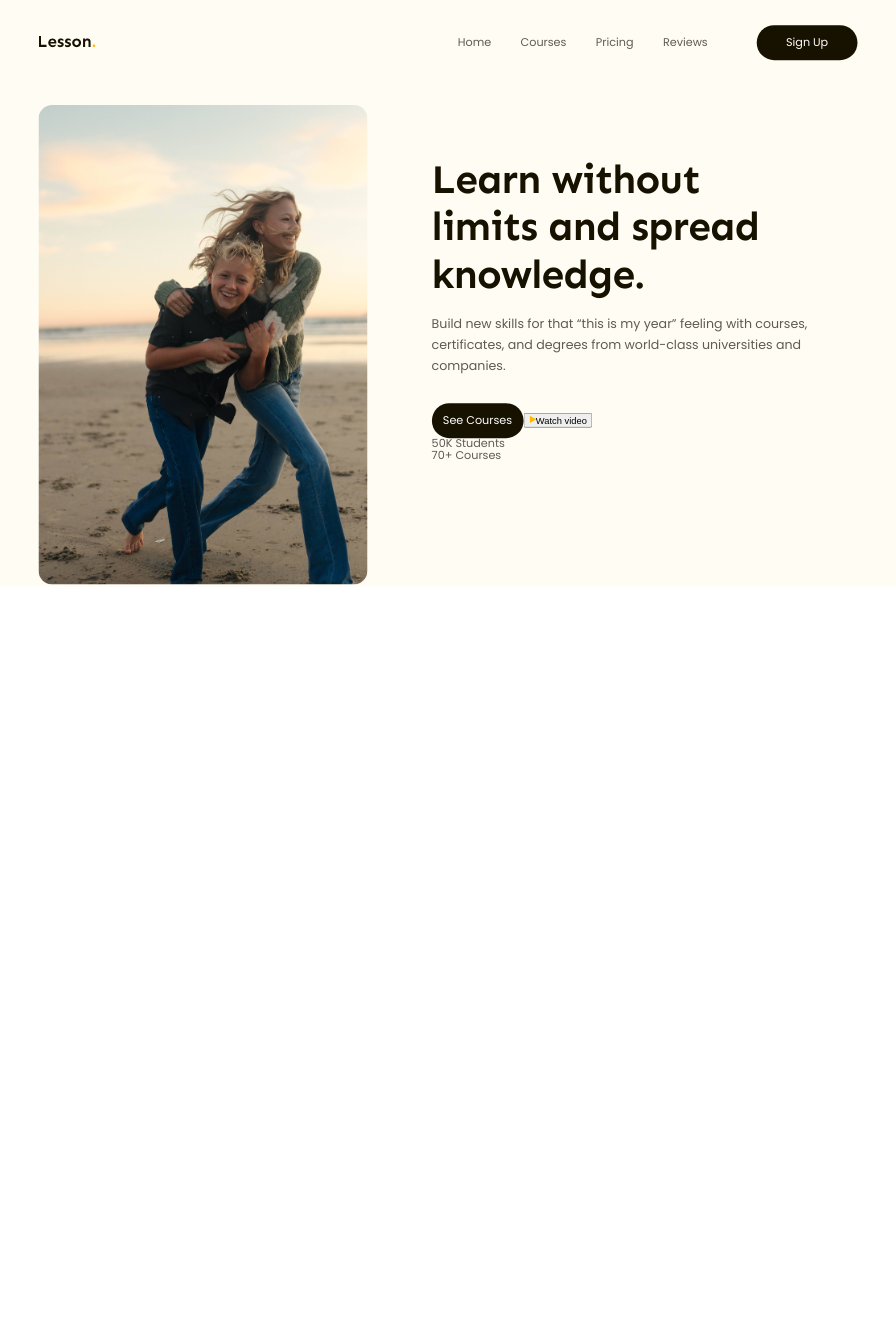
Repository: tinhtranjp/htmlcss-01
Page: index.html
The author's editor kept a copy of each file at every save. The page is drawn from the files as they stood at one save, then again after the next save.
The browser window is 1280 px wide. The pictures show the part of the page from y = 0 to 1920 px (the page is 5000 px tall), at 70% of full size.

Above is the page before, as saved 2023-01-20 05:22:09.

### index.html
<!DOCTYPE html>
<html lang="en">
  <head>
    <meta charset="UTF-8" />
    <meta http-equiv="X-UA-Compatible" content="IE=edge" />
    <meta name="viewport" content="width=device-width, initial-scale=1.0" />
    <title>Project-01</title>
    <link rel="stylesheet" href="./assets/css/reset.css" />
    <link rel="stylesheet" href="./assets/css/base.css" />
    <link rel="stylesheet" href="./assets/css/styles.css" />
    <link rel="preconnect" href="https://fonts.googleapis.com" />
    <link rel="preconnect" href="https://fonts.gstatic.com" crossorigin />
    <link
      href="https://fonts.googleapis.com/css2?family=Poppins:ital,wght@0,400;0,500;0,600;0,700;1,400&family=Sen:wght@700&display=swap"
      rel="stylesheet"
    />
  </head>
  <body>
    <div class="main" style="height: 5000px">
      <!-- Header -->
      <header class="header fixed">
        <div class="content">
          <div class="body">
            <a href=""
              ><img src="./assets/img/Lesson..svg" alt="Lesson." class="logo"
            /></a>

            <nav class="nav">
              <ul class="nav-list">
                <li class="nav-item">
                  <a href="#!">Home</a>
                </li>
                <li class="nav-item">
                  <a href="#!">Courses</a>
                </li>
                <li class="nav-item">
                  <a href="#!">Pricing</a>
                </li>
                <li class="nav-item">
                  <a href="#!">Reviews</a>
                </li>
              </ul>
            </nav>

            <div class="acction">
              <a href="#!" class="btn acction-btn">Sign Up</a>
            </div>
          </div>
        </div>
      </header>

      <!-- Hero -->
      <div class="hero">
        <div class="content">
          <div class="body">
            <div class="media">
              <img
                src="./assets/img/hero-img.jpg"
                alt="Learn without limits and spread knowledge."
                class="img-media"
              />
            </div>
            <div class="info">
              <h1 class="title">Learn without limits and spread knowledge.</h1>
              <p class="desc">
                Build new skills for that “this is my year” feeling with
                courses, certificates, and degrees from world-class universities
                and companies.
              </p>
              <div class="accition">
                <a href="" class="btn">See Courses</a>
                <button>
                  <div class="play-wrap">
                    <img src="./assets/img/Polygon 2.svg" alt="Play" />
                  </div>
                  <span>Watch video</span>
                </button>
              </div>
              <p class="desc"></p>
              <p class="qty"><strong>50K</strong> Students</p>
              <p class="qty"><strong>70+</strong> Courses</p>
            </div>
          </div>
        </div>
      </div>
    </div>
  </body>
</html>

### assets/css/base.css
* {
  box-sizing: border-box;
}

:root {
  --primary-color: #ffb900;
}

html {
  font-size: 62.5%;
}

body {
  font-size: 1.6rem;
  font-family: "Poppins", sans-serif;
  font-weight: 400;
  color: #5f5b53;
}

.content {
  width: 1170px;
  max-width: calc(100% - 48px);
  margin-left: auto;
  margin-right: auto;
}

h1,
h2 {
  font-family: "Sen", sans-serif;
  font-weight: 700;
}

.text-line2 {
  display: -webkit-box;
  -webkit-line-clamp: 2;
  -webkit-box-orient: vertical;
  overflow: hidden;
}

.text-line2.text-line3 {
  -webkit-line-clamp: 3;
}

a {
  text-decoration: none;
}

.btn {
  display: inline-block;
  min-width: 118px;
  padding: 0 16px;
  height: 50px;
  line-height: 50px;
  text-align: center;
  background: #171100;
  border-radius: 25px;
  color: #fff;
}

.btn:hover {
  cursor: pointer;
  opacity: 0.9;
}

### assets/css/styles.css
/* ========================> Header <======================= */

.header {
  padding-top: 28px;
  background: #fffcf4;
}

.fixed {
  position: sticky;
  left: 0;
  top: -28px;
}

.header .logo:hover {
  cursor: pointer;
}

.header .body {
  display: flex;
  align-items: center;
  padding: 8px 0;
}

.header nav {
  margin-left: auto;
}

.header .nav-list {
  display: flex;
  align-items: center;
}

.header .nav-item > a {
  display: inline-block;
  padding: 8px 21px;
  line-height: 1.75;
  color: #5f5b53;
}

.header .nav-item > a::after {
  content: "";
  display: block;
  width: 0;
  height: 1.2px;
  background: var(--primary-color);
  transition: ease 0.4s;
}

.header .nav-item > a:hover::after {
  width: 100%;
}

.header .acction {
  margin-left: 49px;
}

.acction-btn {
  min-width: 144px;
}

.acction-btn:hover {
  background-color: transparent;
  color: #333;
  background-color: var(--primary-color);
  opacity: 0.7;
  transition: ease-in 0.2s;
}

/* ======================> Hero <==================== */

.hero {
  padding-top: 56px;
  background: #fffcf4;
}

.hero .body {
  display: flex;
}

.hero .media {
  width: 48%;
}

.hero .img-media {
  width: 470px;
  height: 685px;
  object-fit: cover;
  border-radius: 20px;
}

.hero .info {
  width: 52%;
}

.hero .info .title {
  margin-top: 72px;
  font-size: 5.8rem;
  line-height: 1.17;
  letter-spacing: -0.02em;
  color: #171100;
  width: 470px;
}

.hero .info p:first-of-type {
  margin-top: 22px;
  font-size: 1.8rem;
  line-height: 1.67;
  color: #5f5b53;
}

.hero .accition {
  margin-top: 38px;
  display: flex;
  align-items: center;
}

.hero .accition button {
  display: flex;
}

Loaded but not shown: assets/css/reset.css (common file)

After the next save:
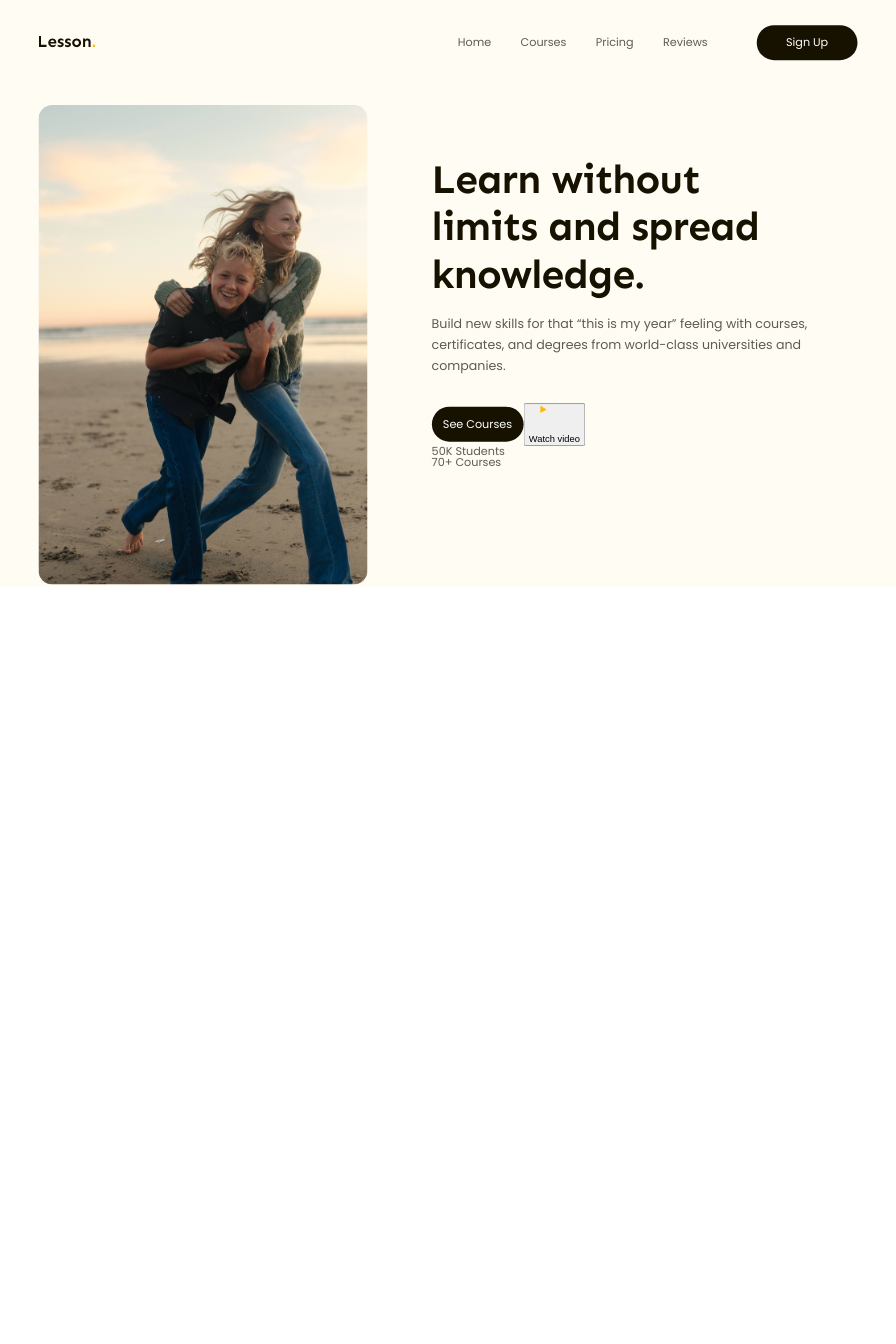
Saved 38 s later.
--- a/assets/css/styles.css
+++ b/assets/css/styles.css
@@ -114,6 +114,7 @@
   align-items: center;
 }
 
-.hero .accition button {
-  display: flex;
+.hero .play-wrap {
+  width: 40px;
+  height: 40px;
 }
